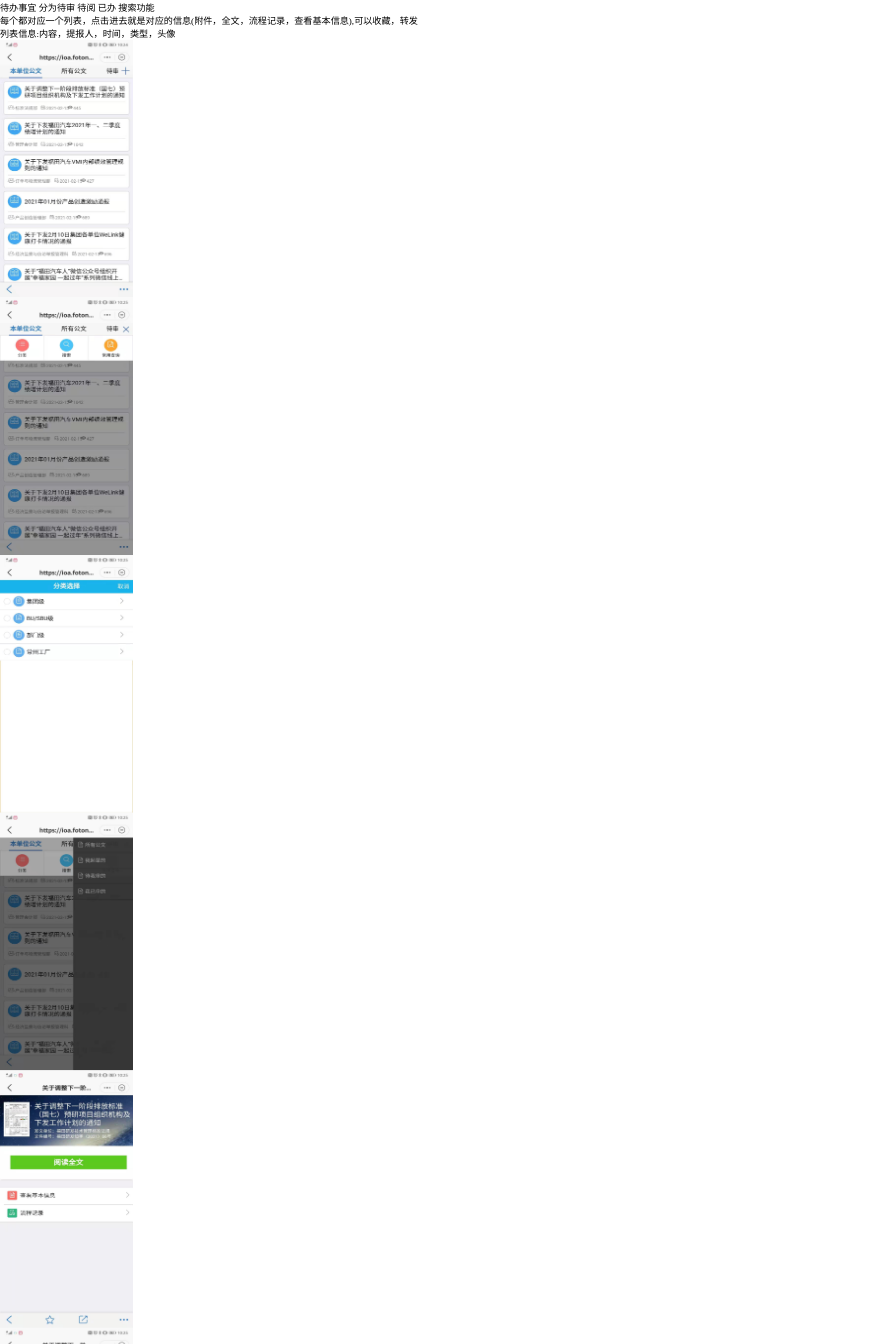
Repository: ch230/2021
Page: A.html
The author's editor kept a copy of each file at every save. The page is drawn from the files as they stood at one save, then again after the next save.
The browser window is 1280 px wide. The pictures show the part of the page from y = 0 to 1920 px (the page is 11887 px tall before and 11947 px after), at 70% of full size.

Above is the page before, as saved 2021-02-15 14:45:55.

After the next save:
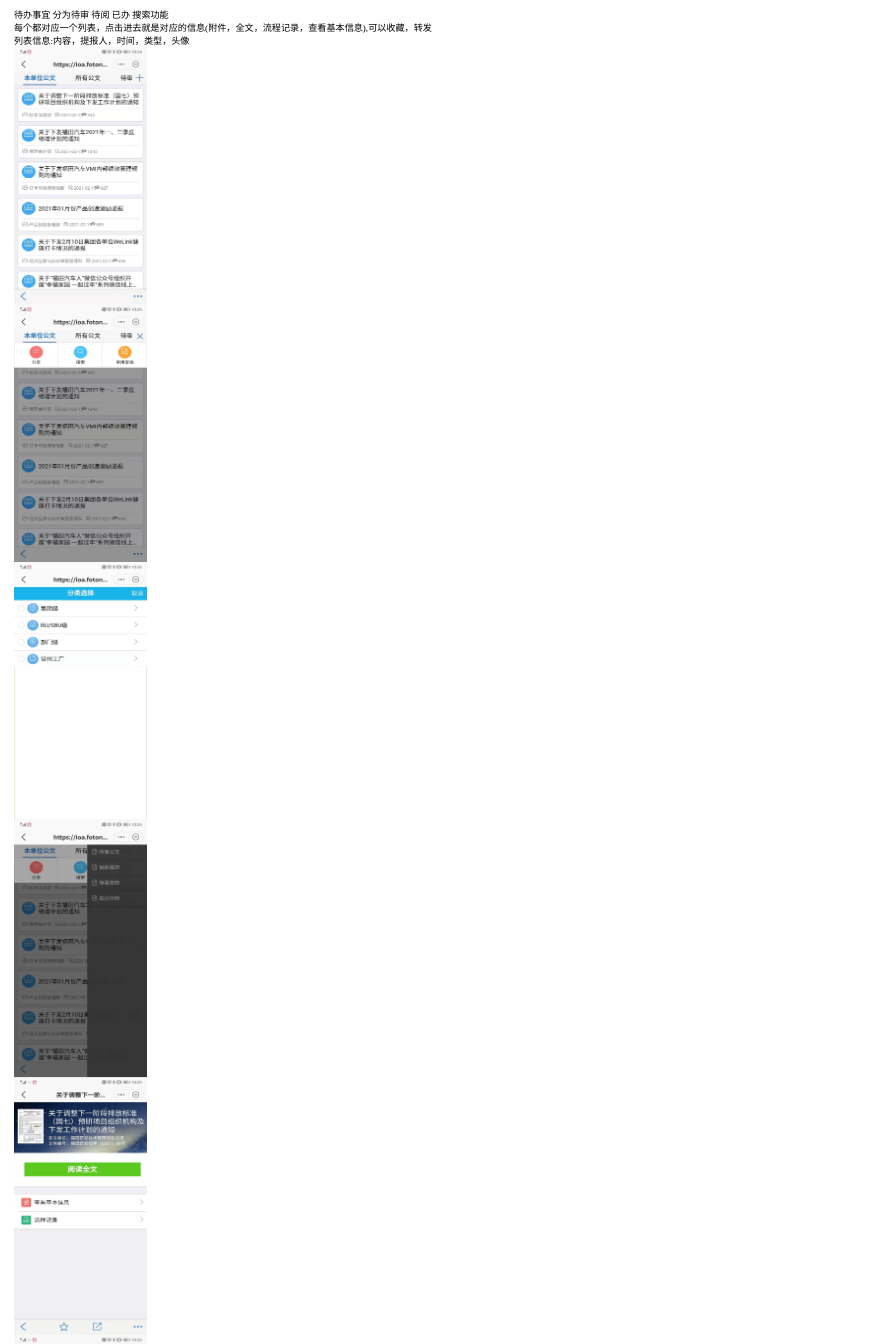
Saved 8 s later.
--- a/A.html
+++ b/A.html
@@ -20,6 +20,7 @@
       #items {
         height: auto;
         width: 80%;
+        margin: 10px 20px;
       }
       #items div {
         width: 80%;
